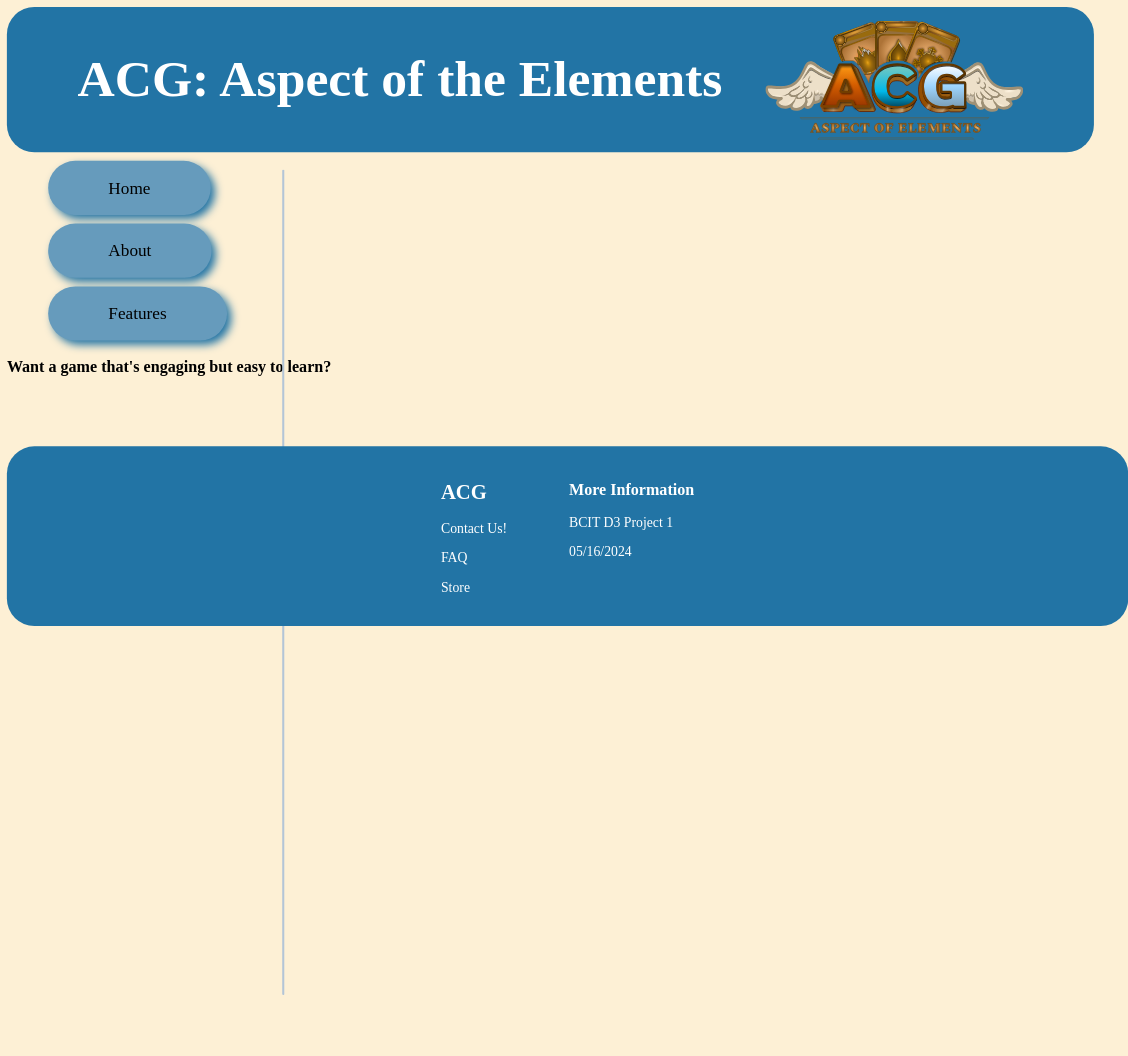
Repository: Delukalgh/ACG
Page: Features.html
An editor plug-in stored every save of this project. The page is shown before and after the next save, followed by the edit.
The browser window is 1280 px wide. The page is 1312 px wide, so the pictures cover 1312 px, including what lies to the right of the window. The pictures show the whole page, at 86% of full size.

Above is the page before, as saved 2024-05-15 15:20:41.

### Features.html
<!DOCTYPE html>
<html lang="en">

<head>
  <meta charset="UTF-8">
  <meta name="viewport" content="width=device-width, initial-scale=1.0">
  <meta http-equiv="X-UA-Compatible" content="ie=edge">
  <title>ACG Home Page</title>
  <link rel="stylesheet" href="features-style.css">
</head>

<body>
  <script src="index.js"></script>
  <div class="main-container">
    <div class="header-container">
      <h1 class="acg-header">ACG: Aspect of the Elements</h1>
      <img class="acg-logo" src="images/ACG-Logo.svg" alt="acg logo" style="width: 300px;" />
    </div>
    <div class="vertical-line"></div>

    <!--Side Menu-->
    <div class="buttons-container">
      <div class="button">
        <a class="link" href="index.html">
          <button class="about-page">Home</button>
        </a>
      </div>
    <div class="button">
      <a class="link" href="about.html">
        <button class="about-page">About</button>
      </a>
    </div>
    <div class="button">
      <a class="link" href="features.html">
        <button class="about-page">Features</button>
      </a>
    </div>
    </div>

    <!--Content-->
    <div class="features-container">
      <h3>Want a game that's engaging but easy to learn?</h3>
    </div>

    <!--Footer-->
    <div class="footer-container">
      <div class="footer-group-1">
        <h2>ACG</h2>
        <p>Contact Us!</p>
        <p>FAQ</p>
        <p>Store</p>
      </div>

      <div class="footer-group-2">
        <h3>More Information</h3>
        <p>BCIT D3 Project 1</p>
        <p>05/16/2024</p>
      </div>
    </div>
  </div>
</body>

</html>

### features-style.css
body {
  background-color: #FDF0D5;
}

.main-container {
  position: relative;
  min-height: 100vh;
}
.header-container {
  display: flex;
  background-color: #2274A5;
  padding: 10px;
  justify-content: center;
  border-radius: 32px;
}

.acg-header {
  color: white;
  font-family: cursive;
  font-size: 60px;
}

.acg-logo {
  display: flex;
  margin-left: 50px;
}

.vertical-line {
  border-left: 3px solid #B3C5D7;
  height: 60em;
  position:absolute;
  margin-left: 20em;
  border-radius: 32px;
  margin-top: 20px;
}

.button {
  display: flex;
  justify-content: center;
  margin-top: 10px;
  justify-content: left;
  margin-left: 3em;
}

.about-page {
  display: flex;
  background-color: #669BBC;
  padding: 20px 70px;
  border-radius: 32px;
  border: none;
  font-size: 20px;
  font-family: cursive;
  box-shadow: 5px 5px 10px #2274A5;
  cursor: pointer;
}

.link {
  text-decoration: none;
}

.footer-container {
  display: flex;
  background-color: #2274A5;
  padding: 20px;
  justify-content: center;
  border-radius: 32px;
  position:absolute;
  bottom: 0;
  width: 100%;
  color: white;
  font-family: cursive;
}

.footer-group-1 {
margin-right: 10vh;
}

.features-container {
  margin-right: 100vh;

}

Loaded but not shown: index.js (no stored copy; drawn as an empty file)

After the next save:
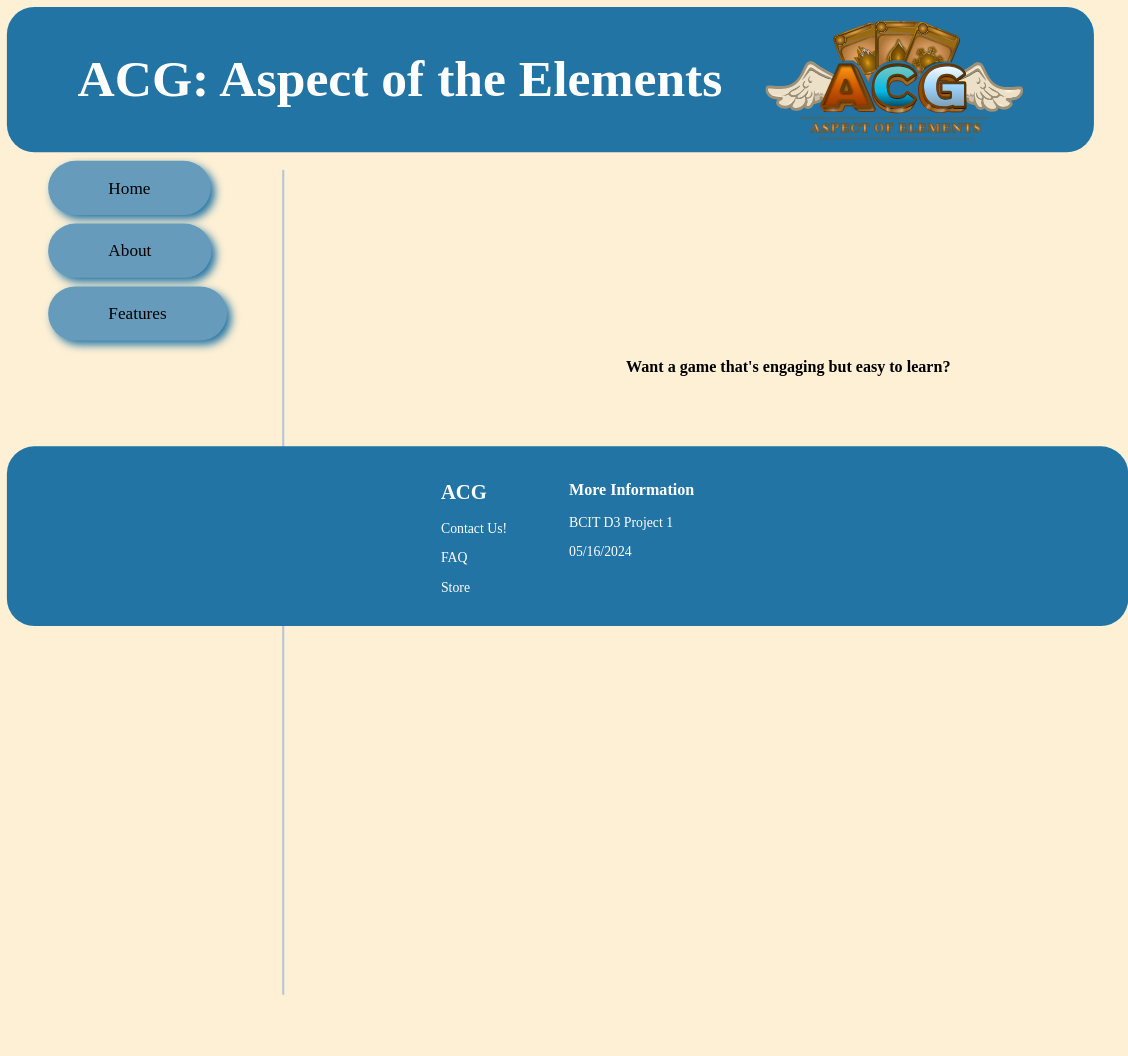
Saved 4 s later.
--- a/features-style.css
+++ b/features-style.css
@@ -76,6 +76,6 @@ margin-right: 10vh;
 }
 
 .features-container {
-  margin-right: 100vh;
+  margin-left: 100vh;
 
 }
